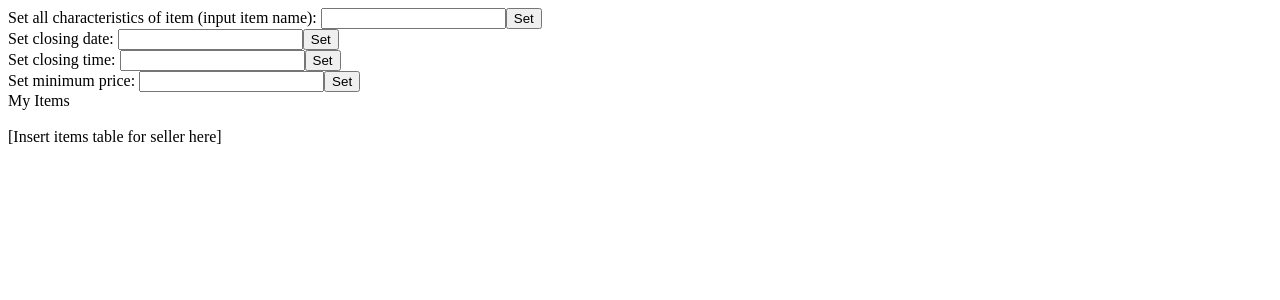
Repository: divergentArrow/Databases
Page: http://localhost/cs336project/seller.jsp
The author's editor kept a copy of each file at every save. The page is drawn from the files as they stood at one save, then again after the next save.
The browser window is 1280 px wide. The pictures show the whole page.
The page is served by Tomcat 9. Other server files are loaded and not shown.

Above is the page before, as saved 2019-04-14 21:12:14.

### cs336project/WebContent/seller.jsp
<%@ page language="java" contentType="text/html; charset=ISO-8859-1"
    pageEncoding="ISO-8859-1"%>
<!DOCTYPE html>
<html>

<head>
<meta charset="ISO-8859-1">
<title>Sell</title>
</head>

<body>
	<div>
		Set all characteristics of item (input item name): <input type="text" name="item"><button type="button" id="setCharacteristicsButton">Set</button><br>
		Set closing date: <input type="text" id="cdate"><button type="button" id="setDateButton">Set</button><br>
		Set closing time: <input type="text" id="ctime"><button type="button" id="setTimeButton">Set</button><br>
		Set minimum price: <input type="text" id="minPrice"><button type="button" id="setMinPriceButton">Set</button><br>
	</div>
	<div>
		My Items
		<br></br>
		[Insert items table for seller here]
		<%--<%= cs336project.Seller.test() %>--%>
	</div>
</body>

</html>

After the next save:
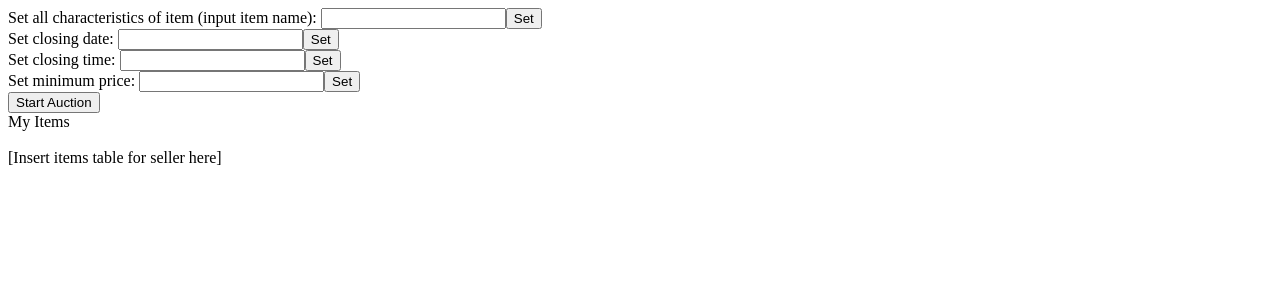
Saved 42 min 44 s later.
--- a/cs336project/WebContent/seller.jsp
+++ b/cs336project/WebContent/seller.jsp
@@ -14,6 +14,8 @@
 		Set closing date: <input type="text" id="cdate"><button type="button" id="setDateButton">Set</button><br>
 		Set closing time: <input type="text" id="ctime"><button type="button" id="setTimeButton">Set</button><br>
 		Set minimum price: <input type="text" id="minPrice"><button type="button" id="setMinPriceButton">Set</button><br>
+		<button type="button" id="startAuction">Start Auction</button>
+
 	</div>
 	<div>
 		My Items
